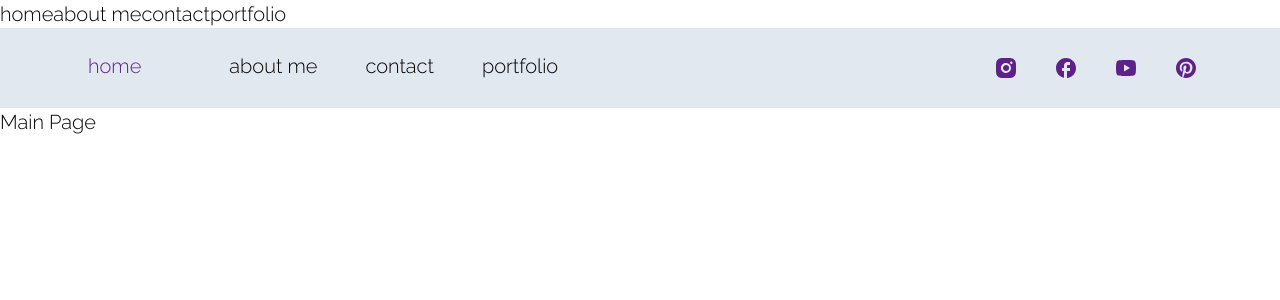
Repository: hubertrh/klaudia-personal-next
Page: /
An editor plug-in stored every save of this project. The page is shown before and after the next save, followed by the edit.
The browser window is 1280 px wide. The pictures show the whole page.
The project was rebuilt for these pictures with package versions that can differ from the ones it lists, and the page was loaded fresh each time. The framework's server and built-in components were replaced by stand-ins that run in the browser. Also part of the build but not shown: next.config.js.

Above is the page before, as saved 2023-08-11 18:48:37.

### app/layout.tsx
import './globals.css';
import type { Metadata } from 'next';
import { Inter } from 'next/font/google';
import Link from 'next/link';

const inter = Inter({ subsets: ['latin'] });

export const metadata: Metadata = {
  title: 'Klaudia Rogala-Haracz',
  description: 'Portrait and reportage photography. Based in London.',
};

export default function RootLayout({
  children,
}: {
  children: React.ReactNode;
}) {
  return (
    <html lang="en">
      <body className={inter.className}>
        <header>
          <nav>
            <Link href="#!">home</Link>
            <Link href="#!">about me</Link>
            <Link href="#!">contact</Link>
            <Link href="#!">portfolio</Link>
          </nav>
          <div></div>
        </header>
        {children}
      </body>
    </html>
  );
}

### app/(site)/layout.tsx
import '../globals.css';
import type { Metadata } from 'next';
import { Raleway } from 'next/font/google';
import Image from 'next/image';
import Link from 'next/link';
import igIcon from '@/public/icons/ig-icon.svg';
import fbIcon from '@/public/icons/fb-icon.svg';
import ytIcon from '@/public/icons/yt-icon.svg';
import pinIcon from '@/public/icons/pin-icon.svg';

const raleway = Raleway({ weight: '300', subsets: ['latin'] });

export const metadata: Metadata = {
  title: 'Klaudia Rogala-Haracz',
  description: 'Portrait and reportage photography. Based in London.',
};

export default function RootLayout({
  children,
}: {
  children: React.ReactNode;
}) {
  return (
    <html lang="en">
      <body className={`${raleway.className} text-xl`}>
        <header className="flex h-20 justify-between bg-slate-200 px-16">
          <nav className="nav flex">
            <Link className="!ml-0 !mr-10 text-primary" href="/">
              home
            </Link>
            <Link href="#!">about me</Link>
            <Link href="#!">contact</Link>
            <Link href="/portfolio">portfolio</Link>
          </nav>
          <div className="social-icons flex items-center">
            <Link href="https://www.instagram.com/_klaudiarogala/">
              <Image src={igIcon} alt="Instagram icon" />
            </Link>
            <Link href="https://www.facebook.com/klaudiarogalaphotographer/">
              <Image src={fbIcon} alt="Facebook icon" />
            </Link>
            <Link href="https://www.youtube.com/channel/UCyVfMWp16X_wYCG9213YOQw/">
              <Image src={ytIcon} alt="YouTube icon" />
            </Link>
            <Link href="https://www.pinterest.com/zuzannnnaa/">
              <Image src={pinIcon} alt="Pinterest icon" />
            </Link>
            {/* <a class="lang-btn" href="/pl/index.html"><img src="/icons/flag-pl.svg" /></a> */}
          </div>
        </header>
        {children}
      </body>
    </html>
  );
}

### app/(site)/page.tsx
export default function Home() {
  return <div>Main Page</div>;
}

### app/globals.css
@tailwind base;
@tailwind components;
@tailwind utilities;

:root {
  --foreground-rgb: 0, 0, 0;
  --background-rgb: 255, 255, 255;
}

body {
  color: rgb(var(--foreground-rgb));
  background: rgb(var(--background-end-rgb));
}

.nav > * {
  @apply relative px-6 py-6 transition-all duration-300 before:absolute before:bottom-5 before:left-1/2 before:h-[1.5px] before:w-0 before:-translate-x-1/2 before:bg-primary before:transition-all before:duration-300 before:ease-out before:content-[''] hover:text-primary hover:before:w-full;
}

.social-icons > * {
  @apply fill-neutral-900 px-5 py-3;
}

### tailwind.config.js
/** @type {import('tailwindcss').Config} */
module.exports = {
  content: [
    './pages/**/*.{js,ts,jsx,tsx,mdx}',
    './components/**/*.{js,ts,jsx,tsx,mdx}',
    './app/**/*.{js,ts,jsx,tsx,mdx}',
  ],
  theme: {
    extend: {
      colors: {
        primary: '#5D2187',
      },
      backgroundImage: {
        'gradient-radial': 'radial-gradient(var(--tw-gradient-stops))',
        'gradient-conic':
          'conic-gradient(from 180deg at 50% 50%, var(--tw-gradient-stops))',
      },
    },
  },
  plugins: [],
};

After the next save:
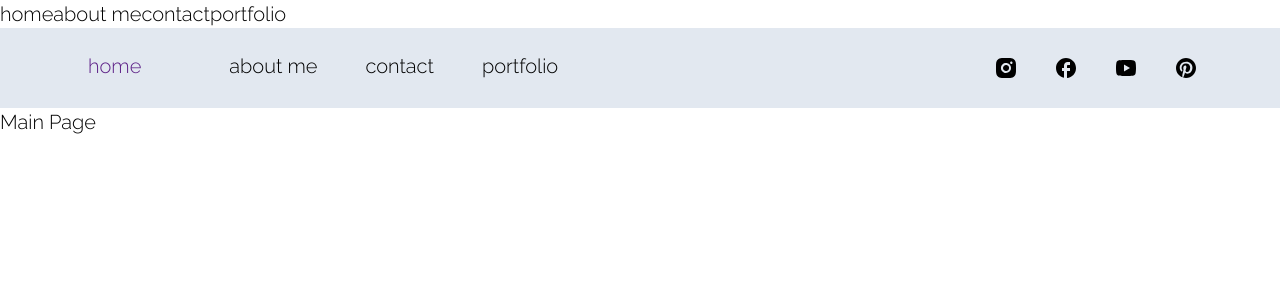
Saved 65 s later.
--- a/app/globals.css
+++ b/app/globals.css
@@ -17,5 +17,5 @@ body {
 }
 
 .social-icons > * {
-  @apply fill-neutral-900 px-5 py-3;
+  @apply px-5 py-3 brightness-0;
 }
